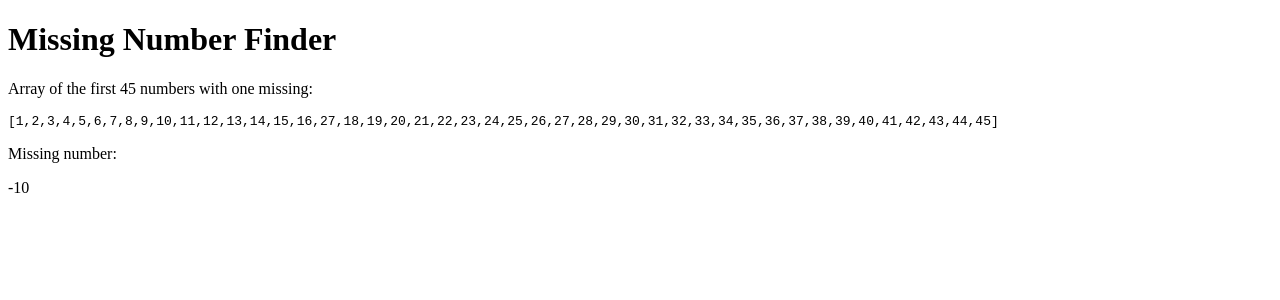
Repository: devblackie/missingNumberFinder
Page: index.html
The author's editor kept a copy of each file at every save. The page is drawn from the files as they stood at one save, then again after a run of saves.
The browser window is 1280 px wide. The pictures show the whole page.

Above is the page before, as saved 2023-08-23 14:49:35.

### index.html
<!DOCTYPE html>
<html lang="en">
  <head>
    <meta charset="UTF-8" />
    <meta name="viewport" content="width=device-width, initial-scale=1.0" />
    <title>Missing Integer Finder</title>
  </head>
  <body>
    <h1>Missing Number Finder</h1>

    <p>Array of the first 45 numbers with one missing:</p>
    <pre id="numbers"></pre>

    <p>Missing number:</p>
    <p id="missingNumber"></p>
    <script src="index.js"></script>
  </body>
</html>

### index.js
function findMissingNumber(arr) {
    const n = 45; // Total number of integers
    const totalSum = (n * (n + 1)) / 2; // Sum of the first n integers
    const arraySum = arr.reduce((acc, num) => acc + num, 0); // Sum of elements in the array

    return totalSum - arraySum;
  }

  const numbers = [1, 2, 3,4,5,6,7,8,9,10,11,12,13,14,15,16,27,18,19,20,21,22,23,24,25,26,27,28,29,30,31,32,33,34,35,36,37,38,39,40,41,42,43,44, 45]; // Array of the first 45 numbers with one missing
  const missingNumber = findMissingNumber(numbers);

  document.getElementById("numbers").textContent = JSON.stringify(numbers);
  document.getElementById("missingNumber").textContent = missingNumber;

After the next 2 saves:
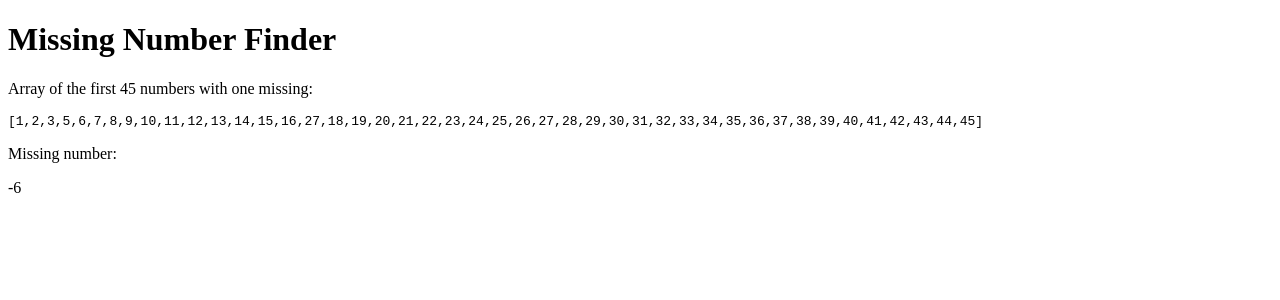
The 2 saves are shown as one change because they came seconds apart.
The last was saved 37 s later.
--- a/index.js
+++ b/index.js
@@ -6,7 +6,7 @@
     return totalSum - arraySum;
   }
 
-  const numbers = [1, 2, 3,4,5,6,7,8,9,10,11,12,13,14,15,16,27,18,19,20,21,22,23,24,25,26,27,28,29,30,31,32,33,34,35,36,37,38,39,40,41,42,43,44, 45]; // Array of the first 45 numbers with one missing
+  const numbers = [1, 2, 3,5,6,7,8,9,10,11,12,13,14,15,16,27,18,19,20,21,22,23,24,25,26,27,28,29,30,31,32,33,34,35,36,37,38,39,40,41,42,43,44, 45]; // Array of the first 45 numbers with one missing
   const missingNumber = findMissingNumber(numbers);
 
   document.getElementById("numbers").textContent = JSON.stringify(numbers);

After the save that followed:
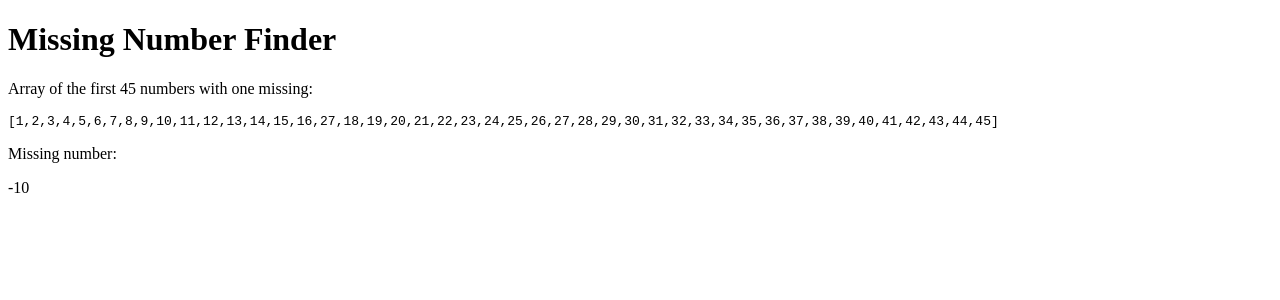
Saved 108 s later.
--- a/index.js
+++ b/index.js
@@ -6,7 +6,7 @@
     return totalSum - arraySum;
   }
 
-  const numbers = [1, 2, 3,5,6,7,8,9,10,11,12,13,14,15,16,27,18,19,20,21,22,23,24,25,26,27,28,29,30,31,32,33,34,35,36,37,38,39,40,41,42,43,44, 45]; // Array of the first 45 numbers with one missing
+  const numbers = [1, 2, 3,4,5,6,7,8,9,10,11,12,13,14,15,16,27,18,19,20,21,22,23,24,25,26,27,28,29,30,31,32,33,34,35,36,37,38,39,40,41,42,43,44, 45]; // Array of the first 45 numbers with one missing
   const missingNumber = findMissingNumber(numbers);
 
   document.getElementById("numbers").textContent = JSON.stringify(numbers);
